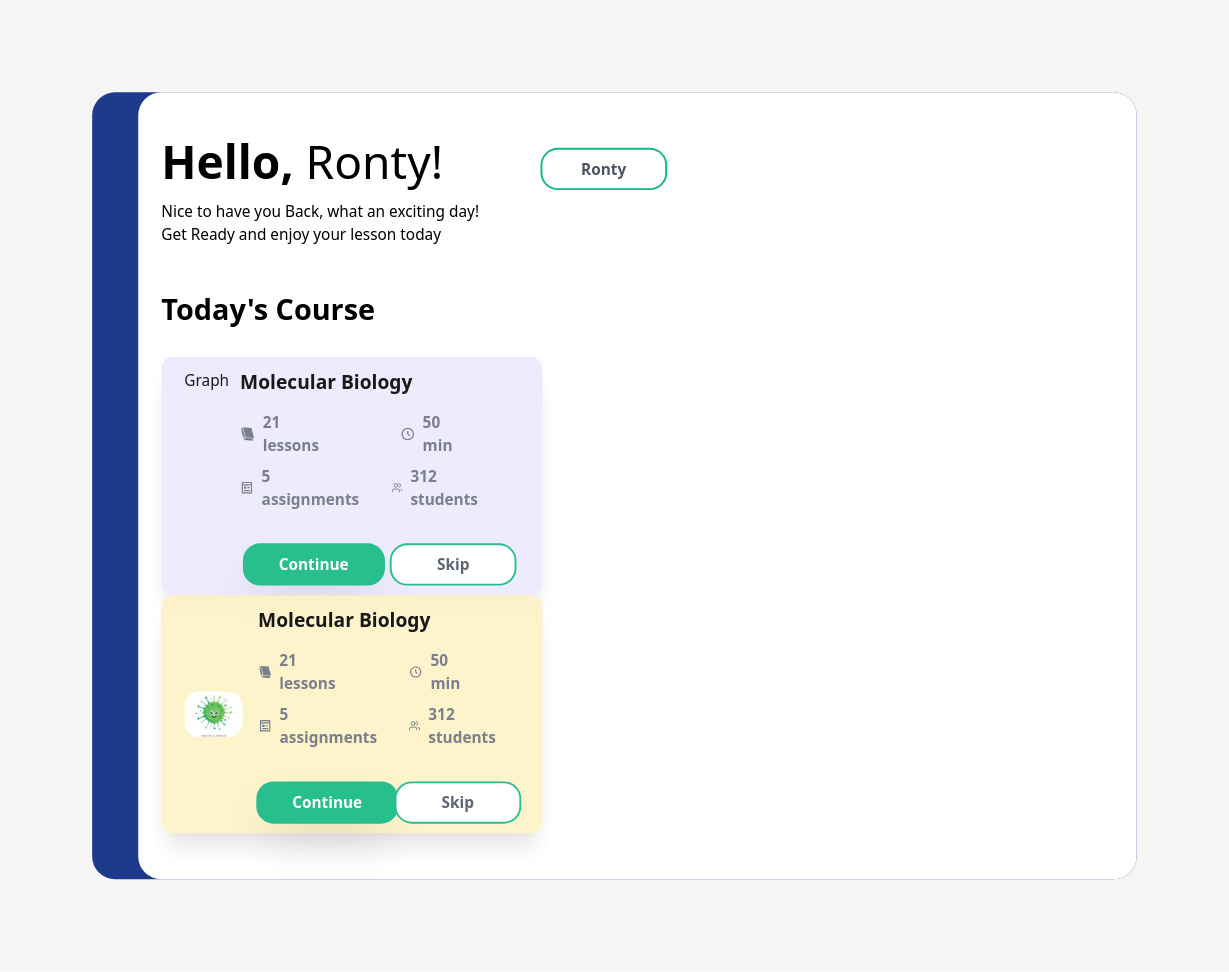
Repository: coolronts/Vite-Tailwind
Page: /
These files come from the project's save history. The page is drawn as it stood at one moment and after the next save; the edit follows.
The browser window is 1280 px wide. The pictures show the whole page, at 96% of full size.
The project was rebuilt for these pictures with package versions that can differ from the ones it lists, and the page was loaded fresh each time. Also part of the build but not shown: vite.config.js.

Above is the page before, as saved 2021-11-26 13:57:28.

After the next save:
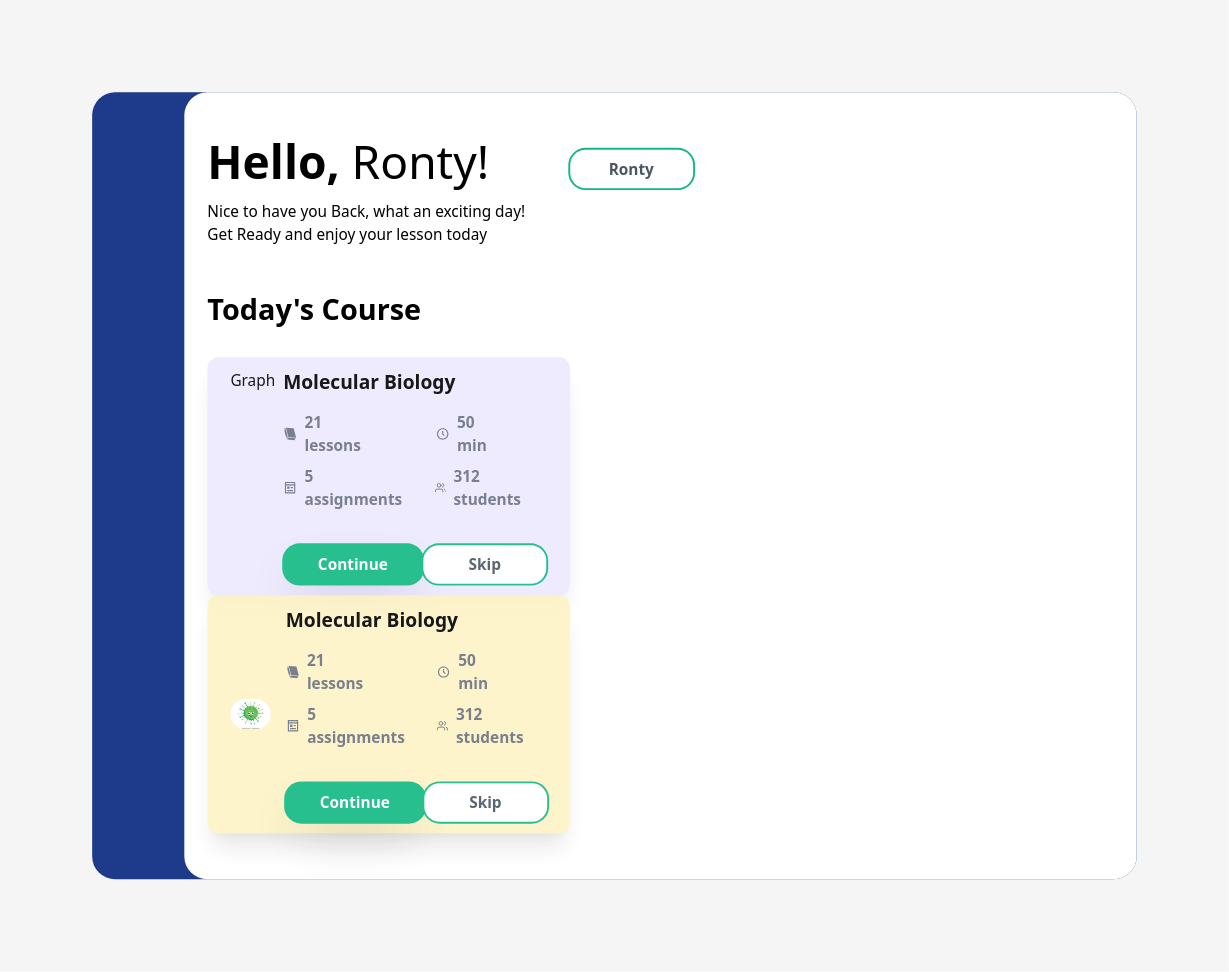
Saved 6 s later.
--- a/src/App.jsx
+++ b/src/App.jsx
@@ -12,7 +12,7 @@ function App() {
   return (
 
     <div className="App ">
-      <div className="pl-12 bg-blue-900 m-24 rounded-3xl">
+      <div className="pl-24 bg-blue-900 m-24 rounded-3xl">
       <div className="bg-white my-12 rounded-3xl px-6 py-12">
       <SplitScreen leftWeight = 'w-2/5'>
         <div id="left">
